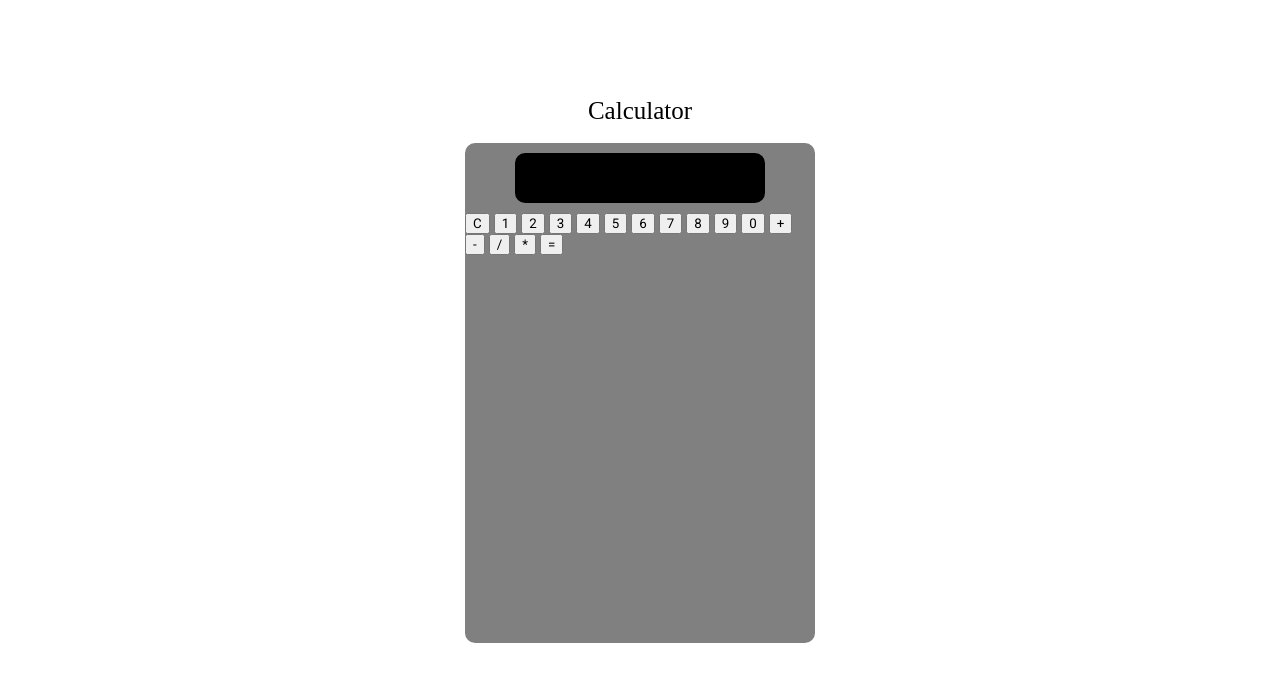
Repository: Gibon9/SimpleCalc
Page: index.html
An editor plug-in stored every save of this project. The page is shown before and after the next save, followed by the edit.
The browser window is 1280 px wide. The pictures show the whole page.
Some web fonts or font styles are not loaded; a fallback is used.

Above is the page before, as saved 2020-11-25 20:58:02.

After the next save:
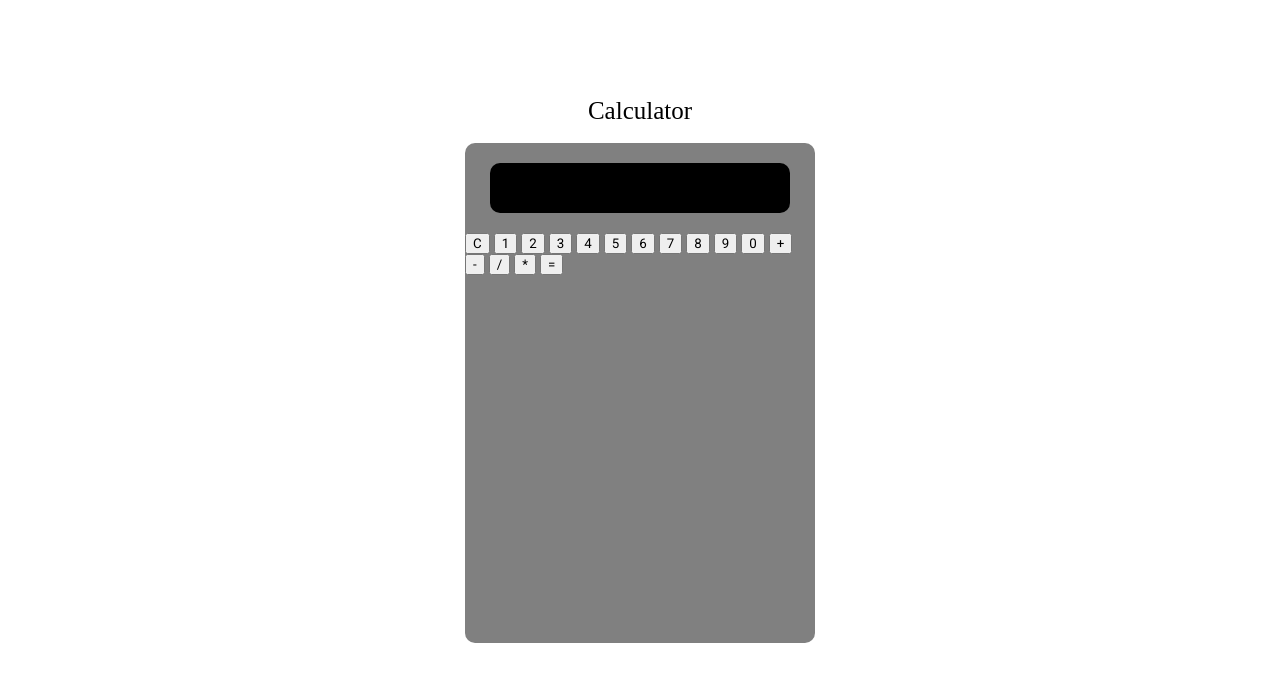
Saved 21 s later.
--- a/style/style.css
+++ b/style/style.css
@@ -38,8 +38,8 @@
 }
 
 .calc-display {
-  margin: 10px auto;
-  width: 250px;
+  margin: 20px auto;
+  width: 300px;
   height: 50px;
   background-color: var(--display-color);
   color: var(--primary-color);
